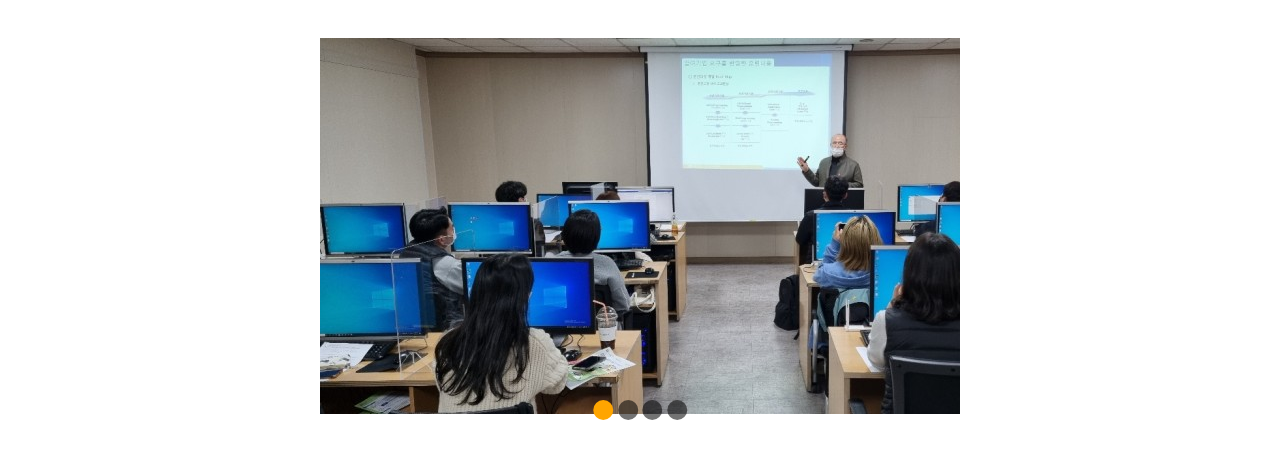
Repository: JavaJin96/kr.or.ddit.HighJava
Page: http://localhost/TeamProjectDCUM/work_kmk/iframe_kmk/slider.jsp
The author's editor kept a copy of each file at every save. The page is drawn from the files as they stood at one save, then again after the next save.
The browser window is 1280 px wide. The pictures show the whole page.
The page is served by Tomcat 9.

Above is the page before, as saved 2022-02-16 01:10:36.

After the next save:
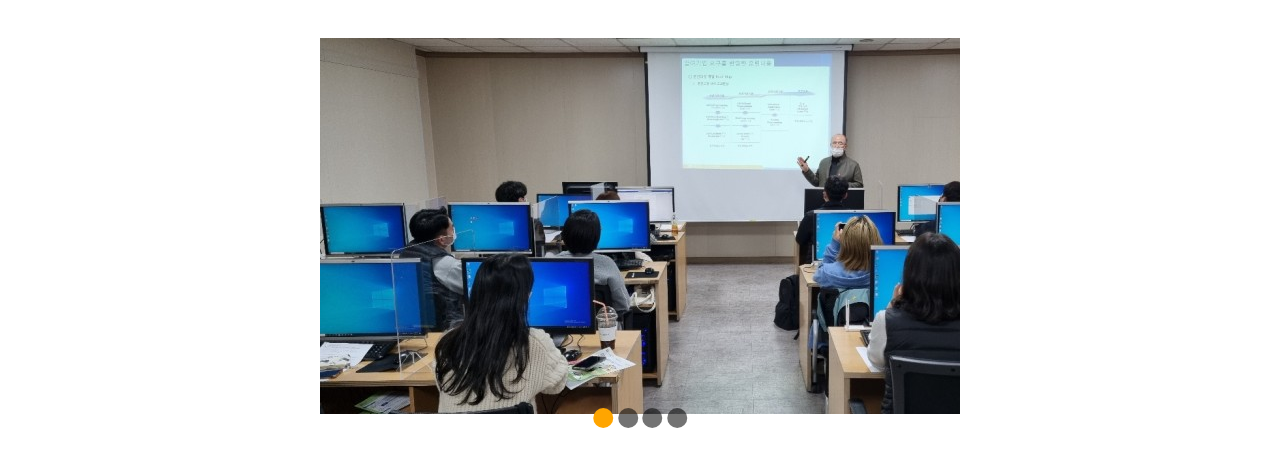
Saved 6 s later.
--- a/3.Highjava/workspace/TeamProjectDCUM/WebContent/work_kmk/iframe_kmk/slider.jsp
+++ b/3.Highjava/workspace/TeamProjectDCUM/WebContent/work_kmk/iframe_kmk/slider.jsp
@@ -42,7 +42,7 @@ ul.imgs li{
     position: absolute;
     left: 50%;
     transform: translateX(-50%);
-    bottom: 10px;
+    bottom: 2px;
     z-index: 2;
 }
 
